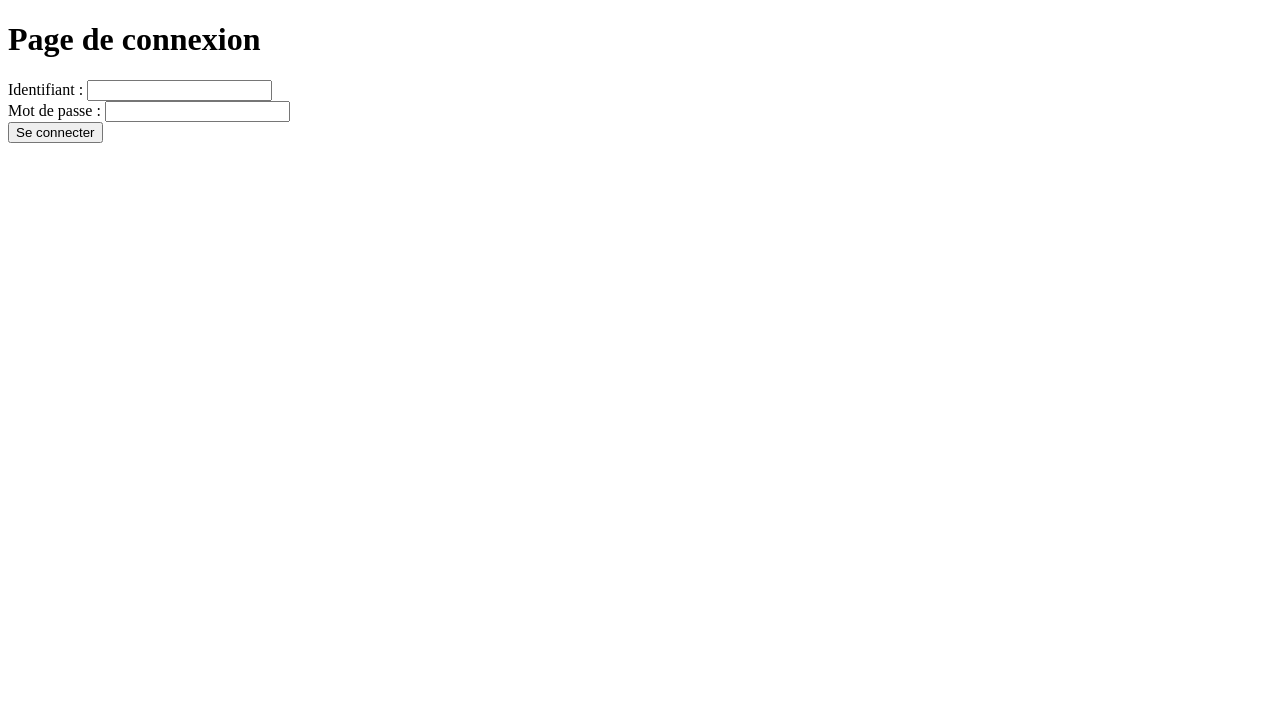
Repository: mbathio/jee
Page: http://localhost/test1/connexion
The author's editor kept a copy of each file at every save. The page is drawn from the files as they stood at one save, then again after the next save.
The browser window is 1280 px wide. The pictures show the whole page.
The page is served by Tomcat 10.

Above is the page before, as saved 2025-04-11 21:11:25.

After the next save:
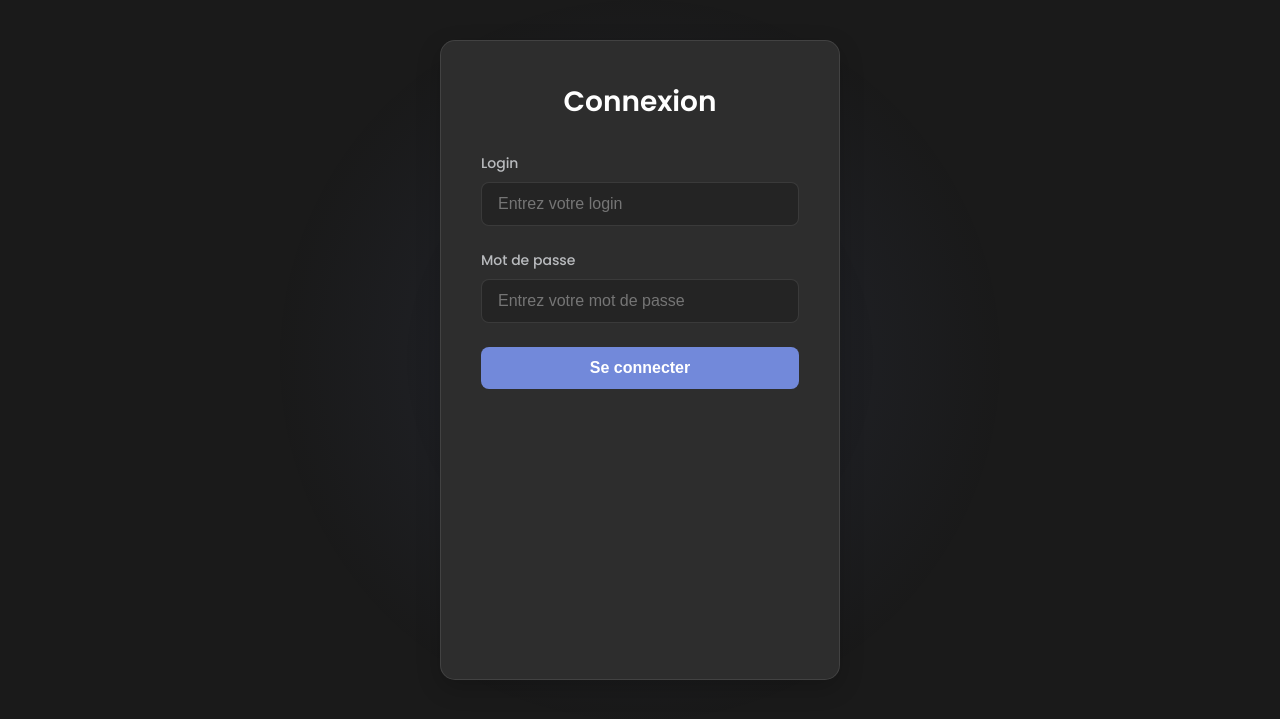
Saved 6 min 14 s later.
--- a/test1/src/main/webapp/WEB-INF/connexion.jsp
+++ b/test1/src/main/webapp/WEB-INF/connexion.jsp
@@ -1,29 +1,57 @@
-<%@ page language="java" contentType="text/html; charset=UTF-8" pageEncoding="UTF-8"%>
+<%@ page contentType="text/html;charset=UTF-8" language="java" %>
 <!DOCTYPE html>
-<html>
+<html lang="fr">
 <head>
     <meta charset="UTF-8">
+    <meta name="viewport" content="width=device-width, initial-scale=1.0">
     <title>Connexion</title>
+    <link href="https://fonts.googleapis.com/css2?family=Poppins:wght@300;400;600&display=swap" rel="stylesheet">
+    <link rel="stylesheet" href="css/style.css">
 </head>
 <body>
-    <h1>Page de connexion</h1>
+    <div class="login-container">
+        <div class="login-title">
+            <h1>Connexion</h1>
+        </div>
+        <form class="login-form" action="connexion" method="get">
+            <div class="form-group">
+                <label for="login">Login</label>
+                <input type="text" id="login" name="login" placeholder="Entrez votre login" required>
+            </div>
+            <div class="form-group">
+                <label for="password">Mot de passe</label>
+                <input type="password" id="password" name="password" placeholder="Entrez votre mot de passe" required>
+            </div>
+            <button type="submit" class="login-btn">Se connecter</button>
+        </form>
 
-    <% if(request.getAttribute("message") != null) { %>
-        <%= request.getAttribute("message") %>
-    <% } %>
+        <%
+            String message = (String) request.getAttribute("message");
+            if (message != null) {
+        %>
+            <div class="error-message">
+                <%= message %>
+            </div>
+        <% } %>
+    </div>
 
-    <form method="post" action="connexion">
-        <div>
-            <label for="login">Identifiant :</label>
-            <input type="text" id="login" name="login">
-        </div>
-        <div>
-            <label for="password">Mot de passe :</label>
-            <input type="password" id="password" name="password">
-        </div>
-        <div>
-            <input type="submit" value="Se connecter">
-        </div>
-    </form>
+    <script>
+        document.querySelector('.login-form').addEventListener('submit', function(e) {
+            const login = document.getElementById('login');
+            const password = document.getElementById('password');
+
+            if (login.value.length < 3) {
+                e.preventDefault();
+                alert('Le login doit contenir au moins 3 caractères');
+                return;
+            }
+
+            if (password.value.length < 6) {
+                e.preventDefault();
+                alert('Le mot de passe doit contenir au moins 6 caractères');
+                return;
+            }
+        });
+    </script>
 </body>
 </html>
